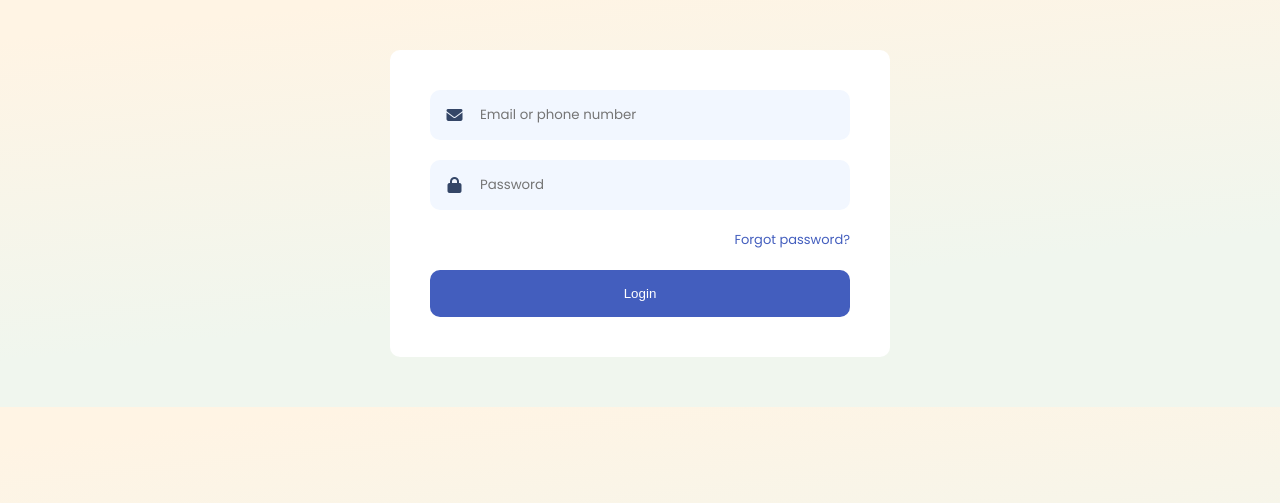
Repository: VuTuanAnh0949/loginForm
Page: index.html
An editor plug-in stored every save of this project. The page is shown before and after the next save, followed by the edit.
The browser window is 1280 px wide. The pictures show the whole page.

Above is the page before, as saved 2022-04-15 20:59:14.

### index.html
<!DOCTYPE html>
<html lang="en">
<head>
  <meta charset="UTF-8">
  <meta http-equiv="X-UA-Compatible" content="IE=edge">
  <meta name="viewport" content="width=device-width, initial-scale=1.0">
  <link
  href="https://fonts.googleapis.com/css2?family=Poppins:wght@300;400;600&display=swap"
  rel="stylesheet"
/>
<link rel="stylesheet" href="style.css">
<link rel="stylesheet" href="/fontawesome-free-6.1.1-web/css/all.css">
  <title>Login</title>
</head>
<body>
  <div class="login">
    <div class="login-field">
      <i class="fa-solid fa-envelope login-icon"></i>
      <input type="email" class="login-input" placeholder="Email or phone number">
    </div>
    <div class="login-field">
      <i class="fa-solid fa-lock login-icon"></i>
      <input type="password" class="login-input" placeholder="Password">
    </div>
    <a href="#" class="login__forgot--password">Forgot password?</a>
    <button class="login-submit">Login</button>
  </div>
</body>
</html>

### style.css
html{
  font-size: 62%;
  font-family: "Poppins", sans-serif;
}
*{
box-sizing: border-box;
}
body{
  background-image: linear-gradient( 174.2deg,  rgba(255,244,228,1) 7.1%, rgba(240,246,238,1) 67.4% );
}
.login{
width: 500px;
margin: 50px auto;
padding: 40px;
background-color: white;
border-radius: 10px;
}
.login-field{
  display: flex;
  align-items: center;
  background-color: #f2f7ff;
  padding: 15px;
  margin-bottom: 20px;
  border-radius: 10px;
}
.login-icon{
  color: #344667;
  font-size: 16px;
  width: 20px;
  text-align: center;

}
.login-input{
  font-family: "Poppins", sans-serif;
  border: 0;
  padding: 0 0 0 16px;
  background-color: transparent;
  width: 100%;
  outline: none;
}
.login-submit{
  color: white;
  border-radius: 10px;
  display: block;
  width: 100%;
  border: 0;
  padding: 16px 10px;
   background-color: #435ebe;
}
.login__forgot--password{
  display: block;
  text-decoration: none;
  text-align: right;
  margin-bottom: 20px;
  font-size: 13px;
  color: #435ebe;
}

Loaded but not shown: fontawesome-free-6.1.1-web/css/all.css (library)

After the next save:
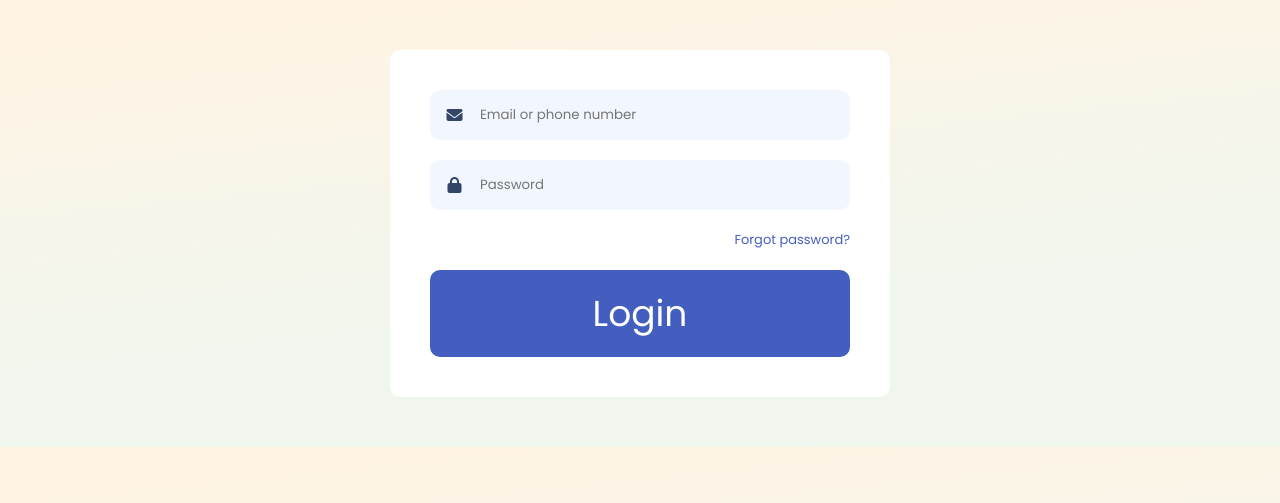
Saved 45 s later.
--- a/style.css
+++ b/style.css
@@ -46,6 +46,8 @@ border-radius: 10px;
   border: 0;
   padding: 16px 10px;
    background-color: #435ebe;
+   font-size: 36px;
+   font-family: "Poppins", sans-serif;
 }
 .login__forgot--password{
   display: block;
